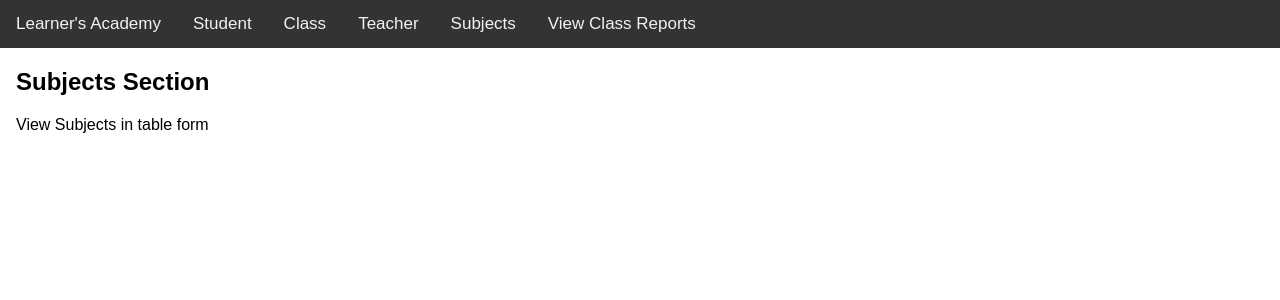
Repository: chirag627/Phase-2-Project
Page: http://localhost/Academy/web/class/assign_class.jsp
These files come from the project's save history. The page is drawn as it stood at one moment and after the next save; the edit follows.
The browser window is 1280 px wide. The pictures show the whole page.
The page is served by Tomcat 9. Other server files are loaded and not shown.

Above is the page before, as saved 2022-08-15 12:01:05.

### Academy/src/main/webapp/web/class/assign_class.jsp
<%@ taglib prefix="c" uri="http://java.sun.com/jsp/jstl/core"%>
<!DOCTYPE html>
<html>
<head>
<meta charset="ISO-8859-1">
<title>Subjects Master List</title>
</head>
<style>
td, th {
	padding-left: 25px;
	padding-right: 25px;
	padding-top: 8px;
	padding-bottom: 8px;
	border: 1px solid black;
}

table {
	border: 1px solid black;
}

body {
	margin: 0;
	font-family: Arial, Helvetica, sans-serif;
}

.topnav {
	overflow: hidden;
	background-color: #333;
}

.topnav a {
	float: left;
	color: #f2f2f2;
	text-align: center;
	padding: 14px 16px;
	text-decoration: none;
	font-size: 17px;
}

ul li a {
	color: black;
}
</style>
<body>
	<div class="topnav">
		<a>Learner's Academy</a> <a href="./AcademyStudentServlet">Student</a>
		<a href="classAction.html">Class</a> <a href="teaAction.html">Teacher</a>
		<a href="subAction.html">Subjects</a> <a href="viewClassReports.html">View
			Class Reports</a>
	</div>

	<div style="padding-left: 16px">
		<h2>Subjects Section</h2>
		<p>View Subjects in table form</p>
	</div>
	<div style="margin-left: 16px">
		<%
		if (request.getParameter("n") != null) {
			out.println("<h4 style=\"color:red\">" + request.getParameter("n") + "</h4>");
		}
		%>

		<% %>
</div>
</body>
</html>

After the next save:
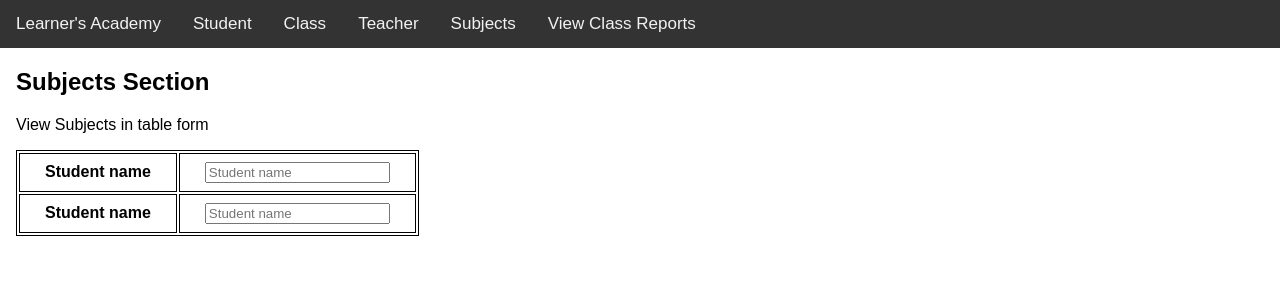
Saved 98 s later.
--- a/Academy/src/main/webapp/web/class/assign_class.jsp
+++ b/Academy/src/main/webapp/web/class/assign_class.jsp
@@ -60,7 +60,20 @@ ul li a {
 		}
 		%>
 
-		<% %>
-</div>
+		<form action="../../AcademyAssignClass" method="get">
+			<table>
+				<tr>
+					<th>Student name</th>
+					<th><input type="text" name="student_name"
+						placeholder="Student name"></th>
+				</tr>
+				<tr>
+					<th>Student name</th>
+					<th><input type="text" name="student_name"
+						placeholder="Student name"></th>
+				</tr>
+			</table>
+		</form>
+	</div>
 </body>
 </html>
